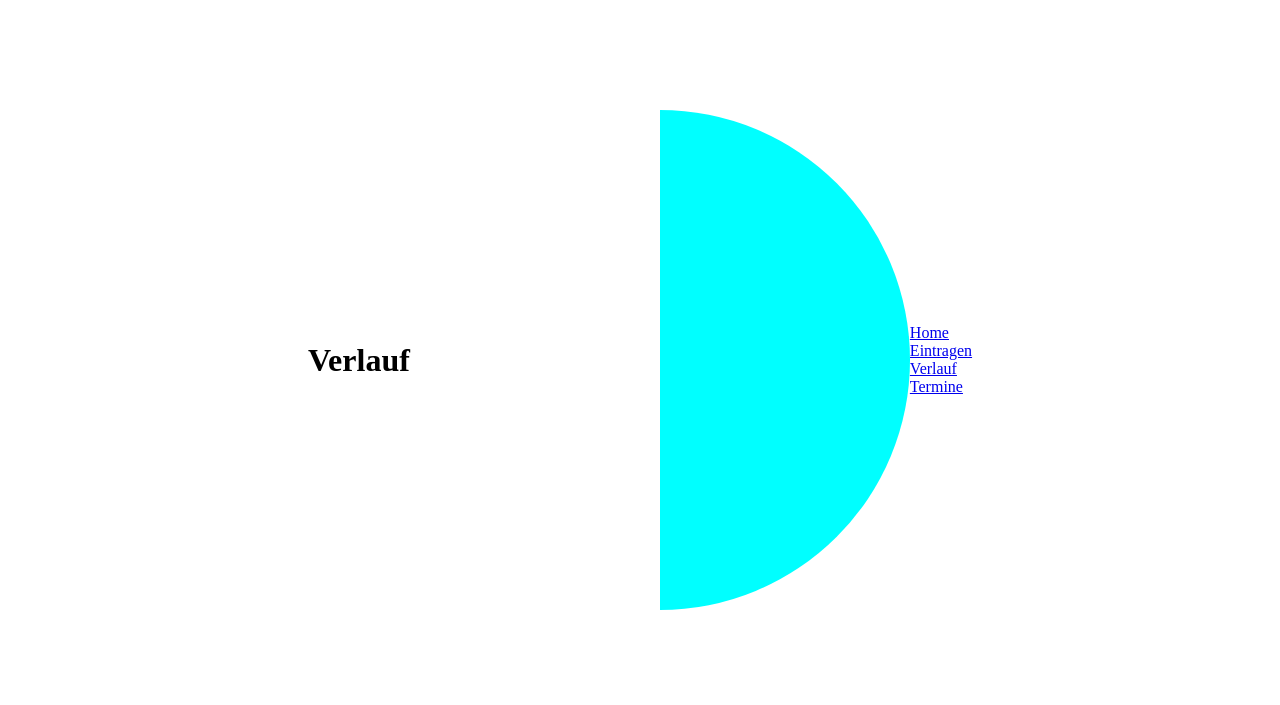
Repository: jakemoes/Pet-Tracker
Page: PWA/trend.html
These files come from the project's save history. The page is drawn as it stood at one moment and after the next save; the edit follows.
The browser window is 1280 px wide. The pictures show the whole page.

Above is the page before, as saved 2024-12-05 01:02:50.

### PWA/trend.html
<!DOCTYPE html>
<html>
    <head>
        <meta charset="UTF-8">
        <meta name="viewport" content="width=device-width, initial-scale=1.0">
        <title>Verlauf</title>
        <link rel="stylesheet" href="trend.css">
    </head>

    </head>

    <body>
        <h1>Verlauf</h1>

        <div class="container">
            <div class="layer"></div>
            <div class="layer"></div>
            <div class="layer"></div>
            <div class="layer"></div>
        </div>


        <footer>
            <nav>
                <ul class="nav-bar">
                    <li><a href="welcome.html">Home</a></li>
                    <li><a href="#">Eintragen</a></li>
                    <li><a href="trend.html">Verlauf</a></li>
                    <li><a href="appointment.html">Termine</a></li>
                </ul>
            </nav>
        </footer>
    </body>




</html>

### PWA/trend.css
*{
    margin: 0;
    padding: 0;
}

html, body {
    width: 100%;
    height: 100%;
    display: flex;
    justify-content: center;
    align-items: center;
}


.container {
    position: relative;
    width: 500px;
    height: 500px;
    background-color: transparent;
    border-radius: 50%;
    overflow: hidden;
}

.layer {
    position: absolute;
    width: 100%;
    height: 100%;
    transform-origin: 0px 250px;
    left: 0;
    top: 0;
    overflow: hidden;
}

.layer::before {
    content: "";
    width: 100%;
    height: 100%;
    position: absolute;
    background-color: transparent;
    transform-origin: 0px 250px;
    top: 0;
    left: 0;
}
 .layer:nth-child(1) {
    background-color: aqua;
    transform: translateX(250px) rotate(0deg);
 }

After the next save:
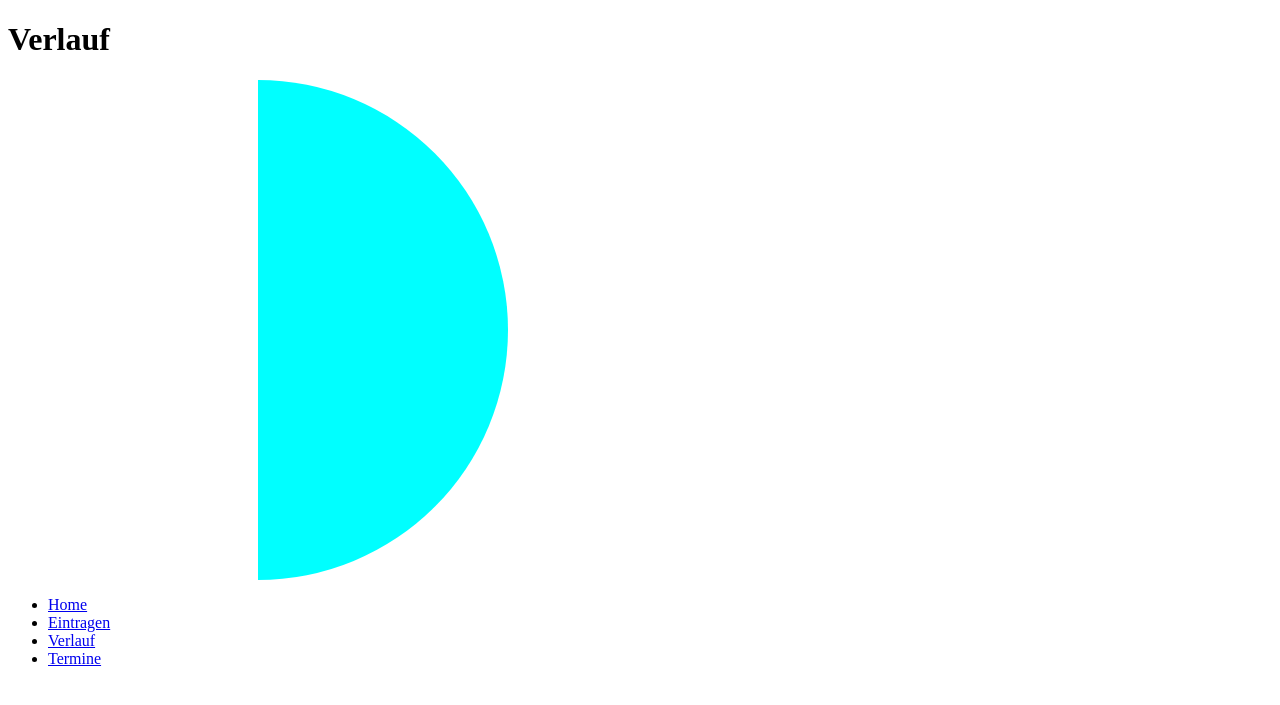
Saved 9 s later.
--- a/PWA/trend.css
+++ b/PWA/trend.css
@@ -1,15 +1,4 @@
-*{
-    margin: 0;
-    padding: 0;
-}
 
-html, body {
-    width: 100%;
-    height: 100%;
-    display: flex;
-    justify-content: center;
-    align-items: center;
-}
 
 
 .container {
